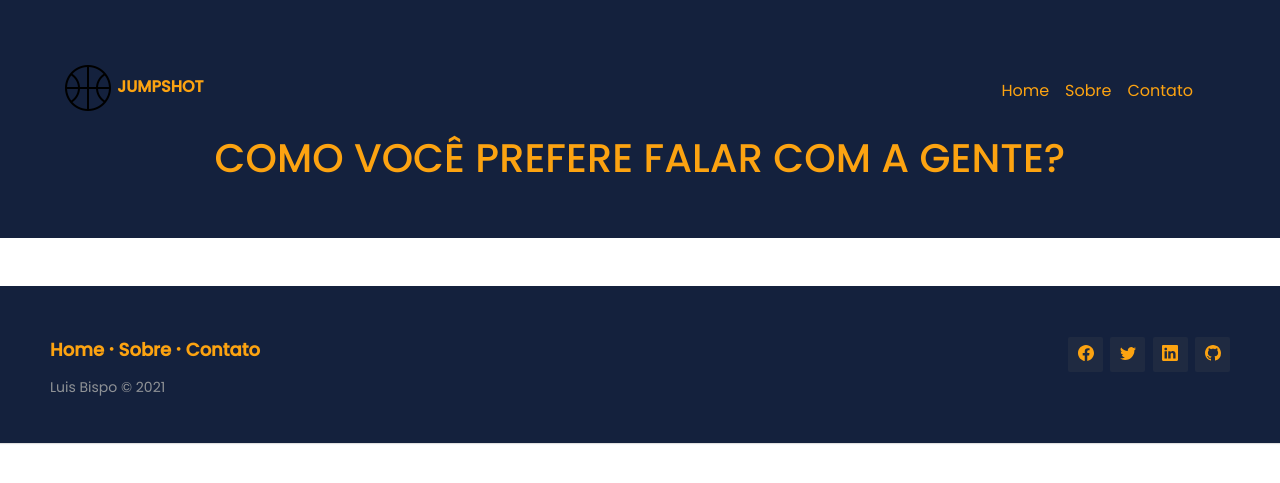
Repository: luisbisp/Jumpshot
Page: pages/about.html
These files come from the project's save history. The page is drawn as it stood at one moment and after the next save; the edit follows.
The browser window is 1280 px wide. The pictures show the whole page.

Above is the page before, as saved 2021-07-07 20:27:53.

After the next save:
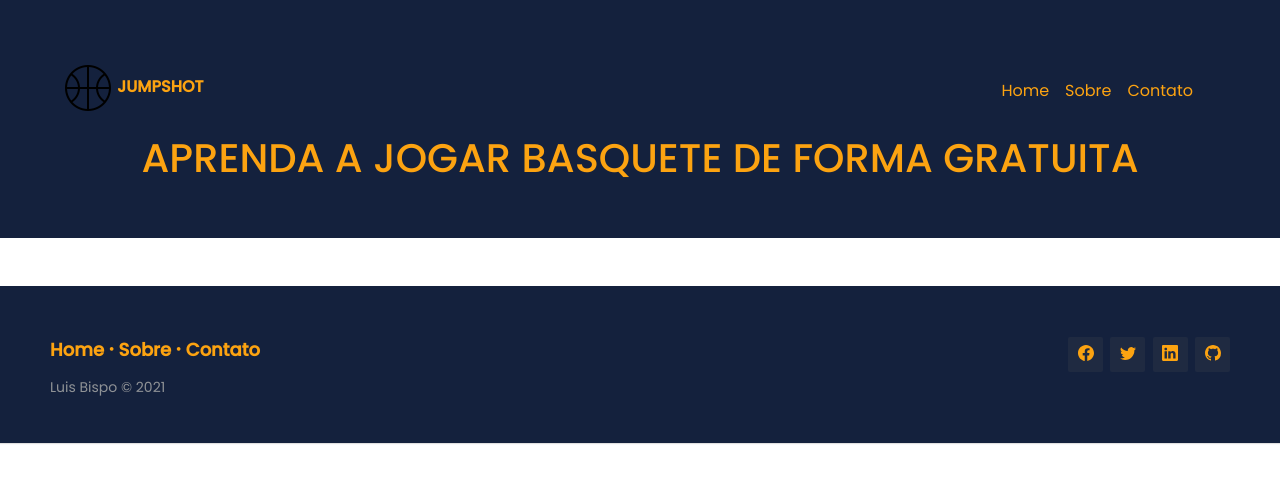
Saved 46 s later.
--- a/pages/about.html
+++ b/pages/about.html
@@ -55,7 +55,7 @@
             <div class="div-header-content m-0">
                 <div class="text-center">
 
-                    <h1> COMO VOCÊ PREFERE FALAR COM A GENTE?</h1>
+                    <h1> APRENDA A JOGAR BASQUETE DE FORMA GRATUITA</h1>
 
                 </div>
 
